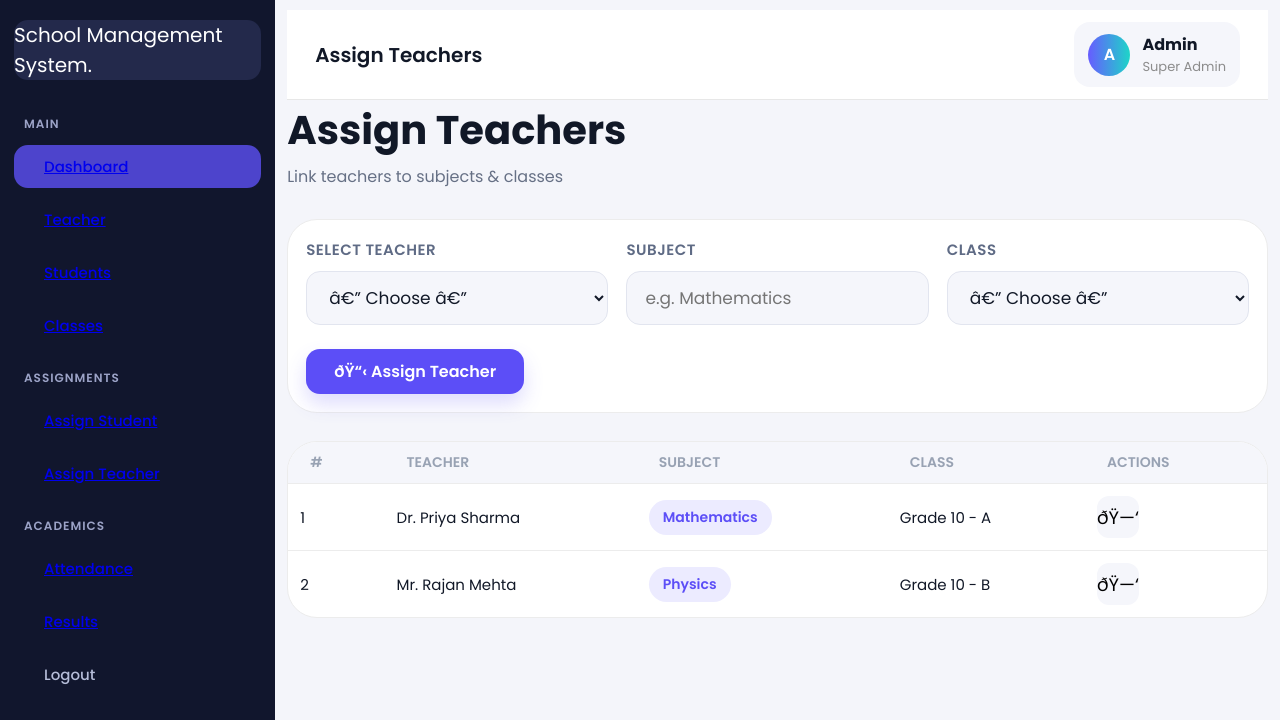
Repository: rohit-rk-07/school_management_system
Page: http://localhost/School_Management_System/assignTeacher.jsp
The author's editor kept a copy of each file at every save. The page is drawn from the files as they stood at one save, then again after the next save.
The browser window is 1280 px wide. The pictures show the whole page.
The page is served by Tomcat 10.

Above is the page before, as saved 2026-05-20 09:19:14.
Console error: TypeError: Cannot read properties of null (reading 'addEventListener')

After the next save:
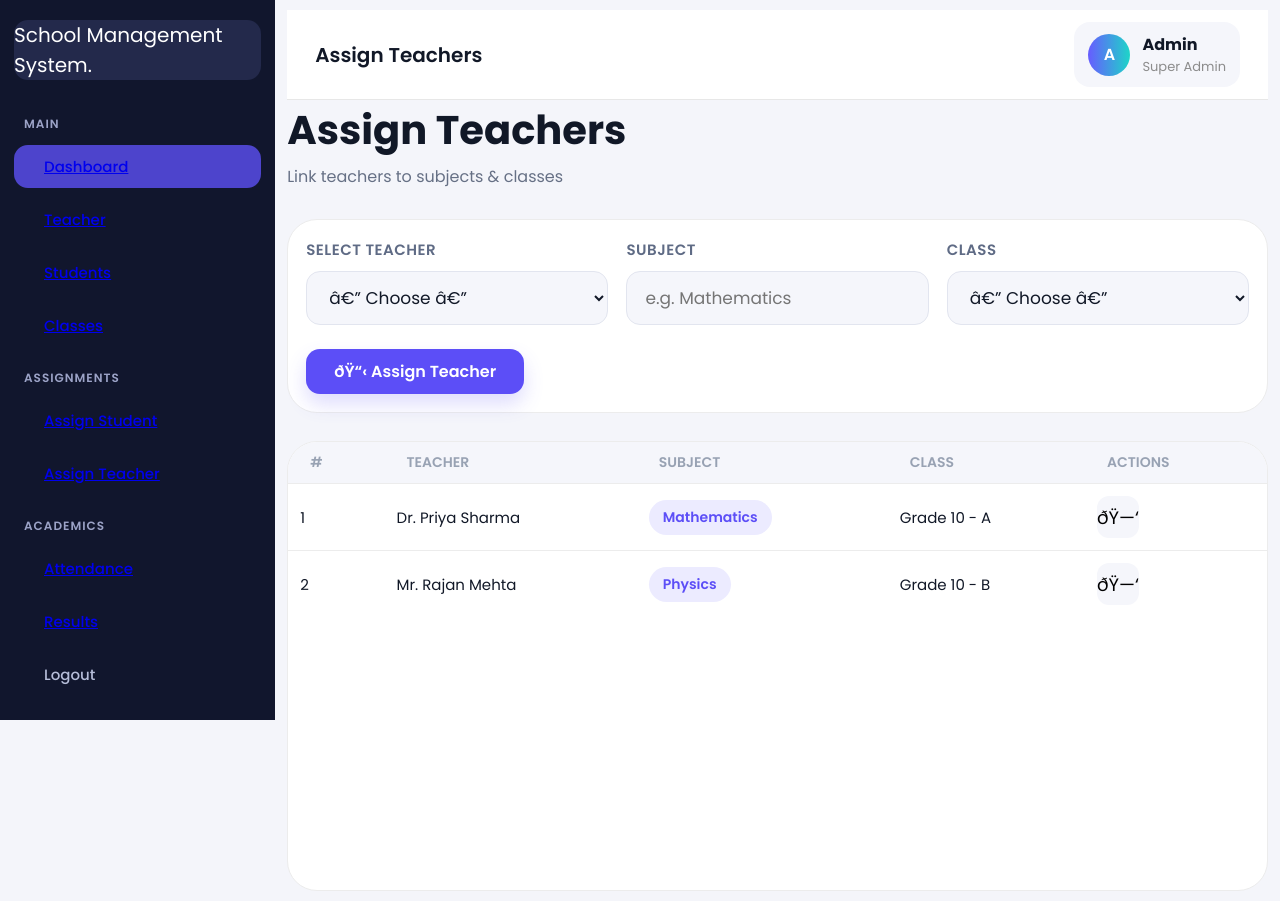
Saved 34 s later.
--- a/School_Management_System/src/main/webapp/assignTeacher.jsp
+++ b/School_Management_System/src/main/webapp/assignTeacher.jsp
@@ -183,7 +183,8 @@
         .assignTeacherTableCard{
             background:#ffffff;
             border-radius:30px;
-            overflow:hidden;
+            overflow-y:scroll;
+            height: 450px;
             border:1px solid #ececec;
         }
 
